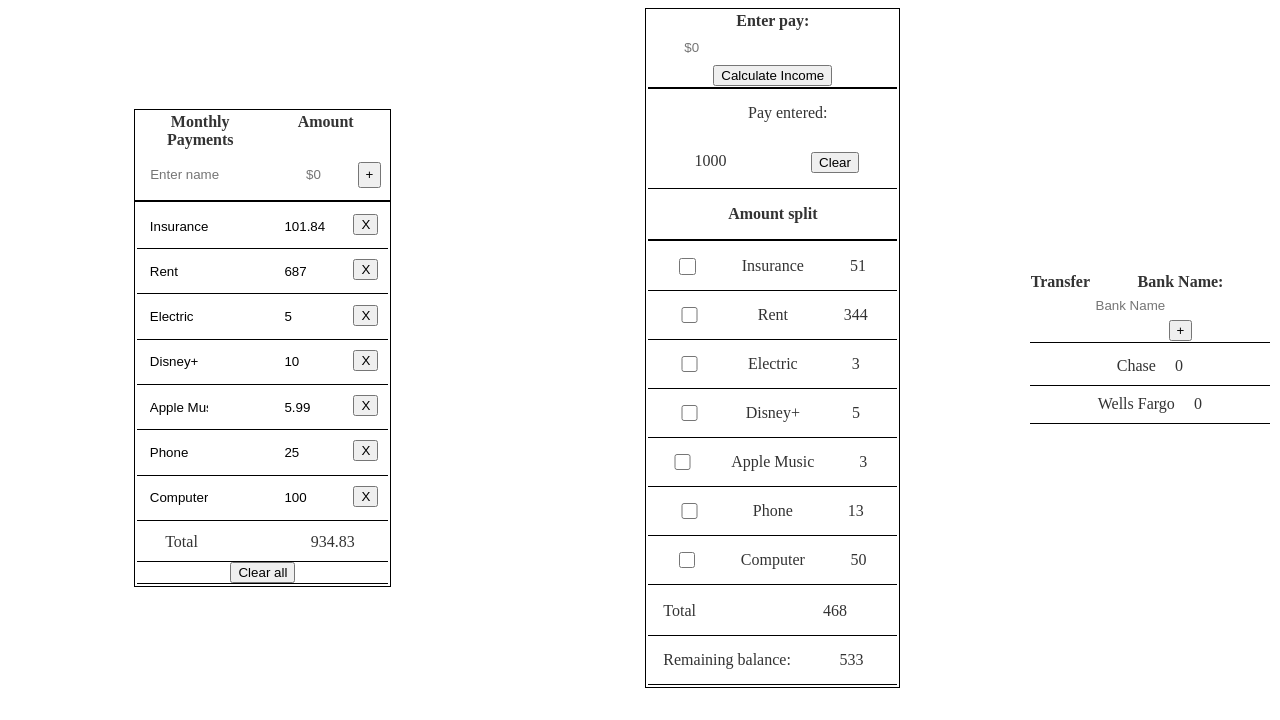
Repository: Kayla-amr/final-project-vue
Page: /
The author's editor kept a copy of each file at every save. The page is drawn from the files as they stood at one save, then again after a run of saves.
The browser window is 1280 px wide. The pictures show the whole page.
The project was rebuilt for these pictures with package versions that can differ from the ones it lists, and the page was loaded fresh each time. Also part of the build but not shown: vite.config.js.

Above is the page before, as saved 2023-04-11 17:34:40.

After the next 3 saves:
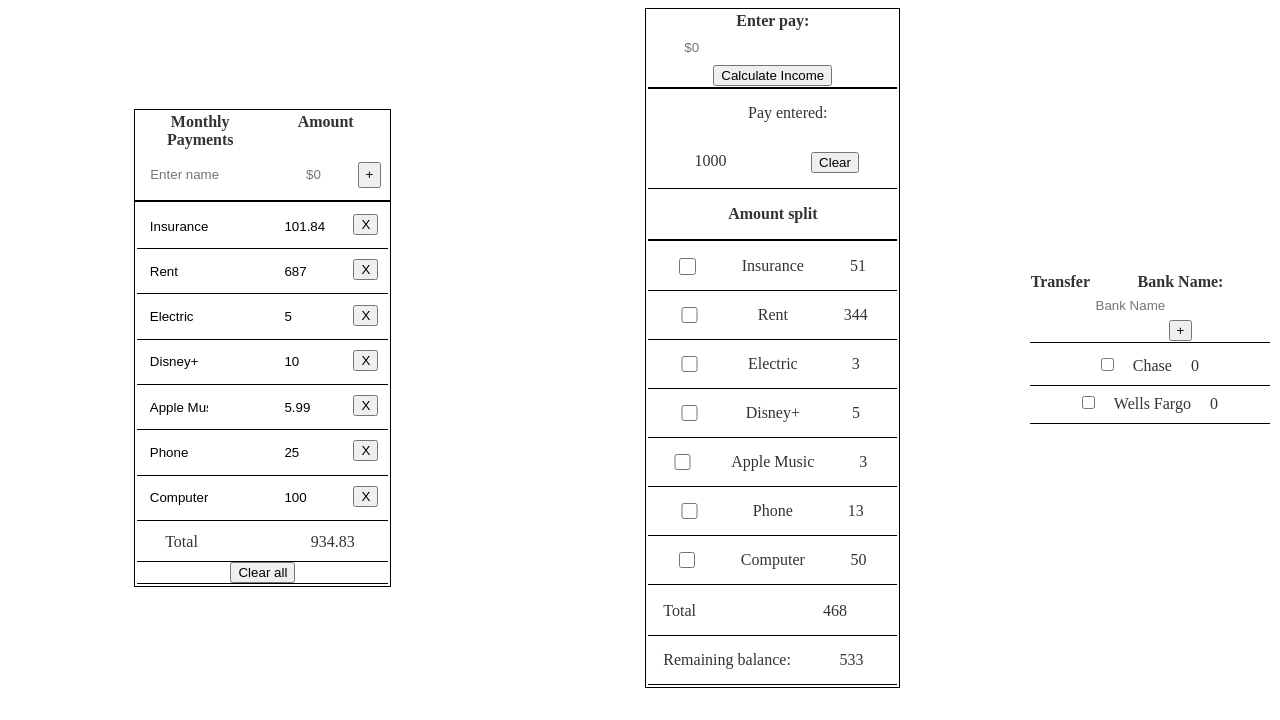
The 3 saves are shown as one change because 1 did not build or start and some came seconds apart.
The last was saved 21 s later.
--- a/src/components/BankTransfer.vue
+++ b/src/components/BankTransfer.vue
@@ -22,6 +22,9 @@
             <tbody>
 
                 <tr v-for="bank in banks" :key="bank.id" @click="selectBank(bank)">
+                    <td>
+                        <input type="checkbox" :checked="bank.selected" />
+                    </td>
                     <td>{{ bank.name }}</td>
                     <td>{{ bank.amount }}</td>
                 </tr>
